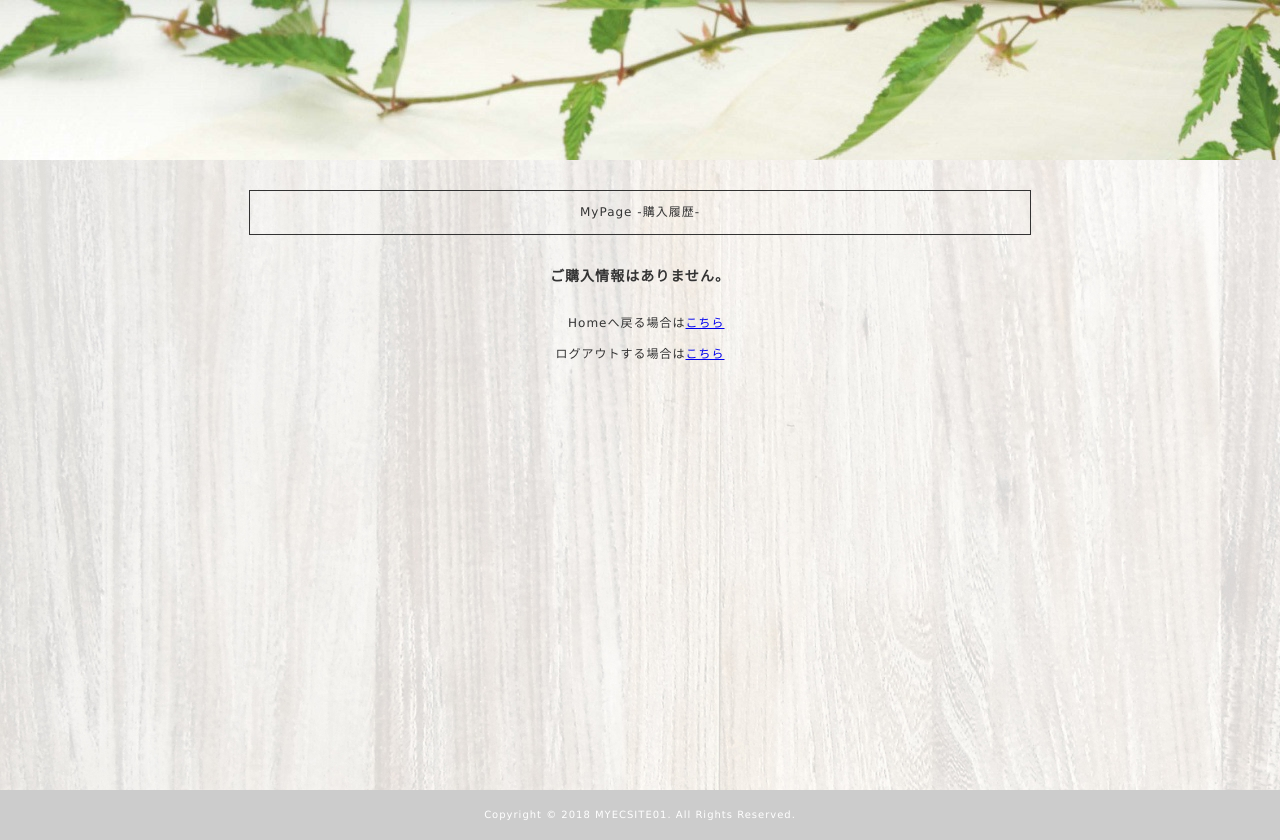
Repository: hiranatsu/ECtest
Page: http://localhost/myecsite01/myPage.jsp
An editor plug-in stored every save of this project. The page is shown before and after the next save, followed by the edit.
The browser window is 1280 px wide. The pictures show the whole page.
The page is served by Tomcat 9. Other server files are loaded and not shown.

Above is the page before, as saved 2018-09-21 06:31:45.

### myecsite01/WebContent/myPage.jsp
<%@ page language="java" contentType="text/html; charset=UTF-8"
    pageEncoding="UTF-8"%>
<%@ taglib prefix="s" uri="/struts-tags" %>
<!DOCTYPE html>
<html>
<head>

	<meta http-equiv="Content-Type" content="text/html; charset=UTF-8"/>
	<meta http-equiv="Content-Style-Type" content="text/css"/>
	<meta http-equiv="Content-Script-Type" content="text/javascript"/>
	<meta http-equiv="itemtoolbar" content="no"/>
	<meta name="description" content=""/>
	<meta name="keywords" content=""/>
	<title>MyPage画面</title>

	<style type="text/css">
	body{
	margin:0;
	padding:0;
	line-height:1.6;
	letter-spacing:1px;
	font-family:Verdana,Helvetica,sans-serif;
	font-size:12px;
	color:#333;
	background-image:url("haikei1.jpg");
	}

	table{
	text-align:center;
	margin: 0 auto;
	}

	#top{
	width:780px;
	margin:30px auto;
	border:1px solid #333;
	}

	#header{
	height:100px;
	padding:30px;
	background-image:url("ocha.jpg");
	background size:cover;
	text-align:center;
	}

	#main{
	width:100%;
	height:600px;
	text-align:center;
	}

	#footer{
	width:100%;
	height:50px;
	background-color:#CCCCCC;
	text-align:center;
	line-height:50px;
	font-size:10px;
	color:white;
	clear:both;
	}

	#text-right{
	display:inline-block;
	text-align:right;
	}

	</style>

</head>
<body>
	<div id="header">
		<div id="pr"></div>
	</div>
	<div id="main">
		<div id="top">
			<p>MyPage -購入履歴-</p>
		</div>
		<div>
		<s:if test="mpList == null">
			<h3>ご購入情報はありません。</h3>
		</s:if>
		<s:elseif test="message == null">
			<h3>ご購入情報は以下になります。</h3>
			<table border="1">
			<tr>
				<th>商品名</th>
				<th>単価</th>
				<th>購入個数</th>
				<th>合計金額</th>
				<th>支払い方法</th>
				<th>購入日</th>
			</tr>
			<s:iterator value="mpList">
				<tr>
					<td><s:property value="itemName"/></td>
					<td><s:property value="unitPrice"/><span>円</span></td>
					<td><s:property value="totalCount"/><span>個</span></td>
					<td><s:property value="totalPrice"/><span>円</span></td>
					<td><s:property value="payment"/></td>
					<td><s:property value="insert_date"/></td>
				</tr>
			</s:iterator>
			</table>
			<s:form action="MyPageAction">
				<input type="hidden" name="deleteFlg" value="1">
				<s:submit value="削除" method="delete"/>
			</s:form>
		</s:elseif>
		<s:if test="message != null">
			<h3><s:property value="message"/></h3>
		</s:if>
		<div id="text-right">
			<p>Homeへ戻る場合は<a href='<s:url action="GoHomeAction"/>'>こちら</a></p>
			<p>ログアウトする場合は<a href='<s:url action="LogoutAction"/>'>こちら</a></p>
		</div>
		</div>
	</div>
	<div id="footer">
		<div id="pr"> Copyright © 2018 MYECSITE01. All Rights Reserved. </div>
	</div>

</body>
</html>

After the next save:
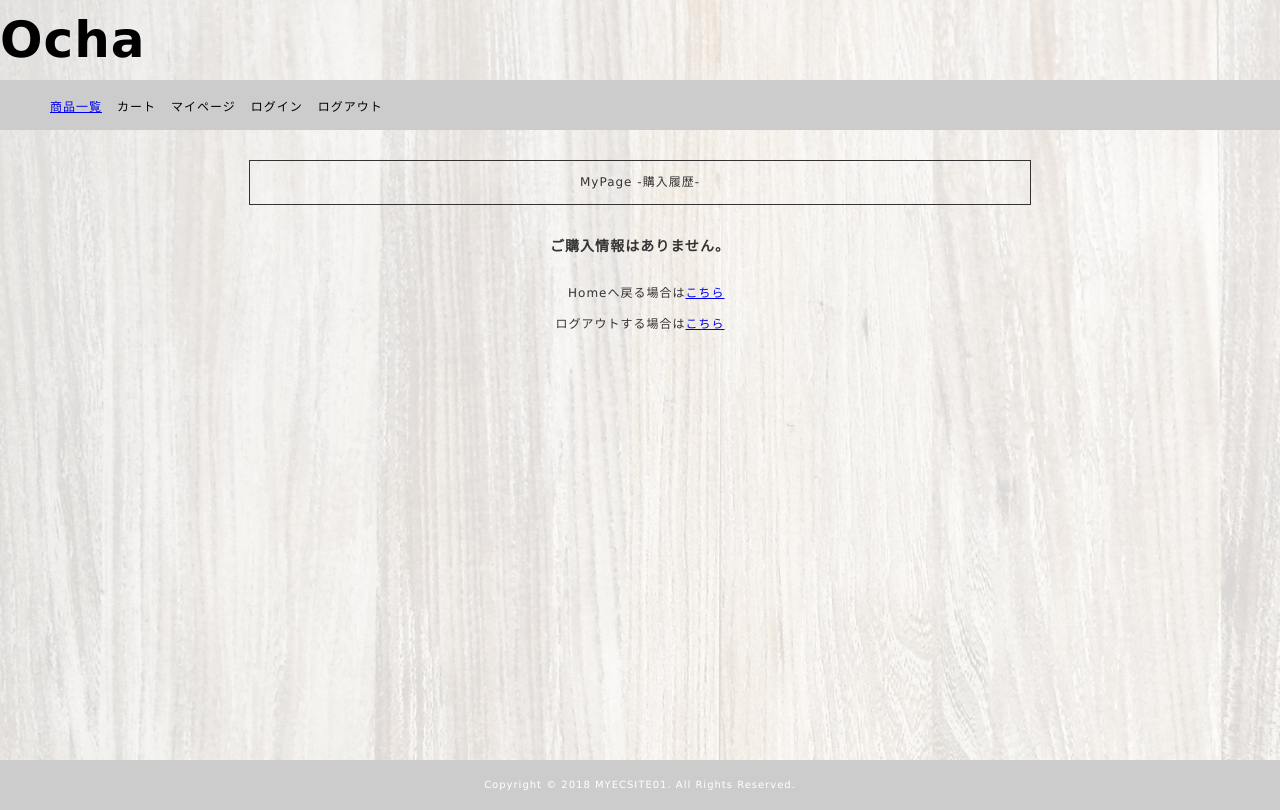
Saved 14 s later.
--- a/myecsite01/WebContent/myPage.jsp
+++ b/myecsite01/WebContent/myPage.jsp
@@ -27,21 +27,33 @@
 
 	table{
 	text-align:center;
-	margin: 0 auto;
+	margin:0 auto;
 	}
 
 	#top{
 	width:780px;
 	margin:30px auto;
 	border:1px solid #333;
+
 	}
 
 	#header{
-	height:100px;
-	padding:30px;
-	background-image:url("ocha.jpg");
-	background size:cover;
-	text-align:center;
+	height:30px;
+	padding:10px;
+	background-color:#CCCCCC;
+	}
+
+	#header ul{
+	float:left;
+	line-height:10px;
+	}
+
+	#header ul li{
+	float:left;
+	list-style:none;
+	font-size:12px;
+	color:black;
+	padding-right:15px;
 	}
 
 	#main{
@@ -70,8 +82,19 @@
 
 </head>
 <body>
+			<h1 STYLE="color:black; margin:0 auto; font-size:50px;">Ocha</h1>
 	<div id="header">
-		<div id="pr"></div>
+
+			<ul>
+				<li><a href='<s:url action="HomeAction"/>'>商品一覧</a></li>
+				<li>カート</li>
+				<li>マイページ</li>
+				<li>ログイン</li>
+				<li>ログアウト</li>
+			</ul>
+
+		<div id="pr">
+		</div>
 	</div>
 	<div id="main">
 		<div id="top">
